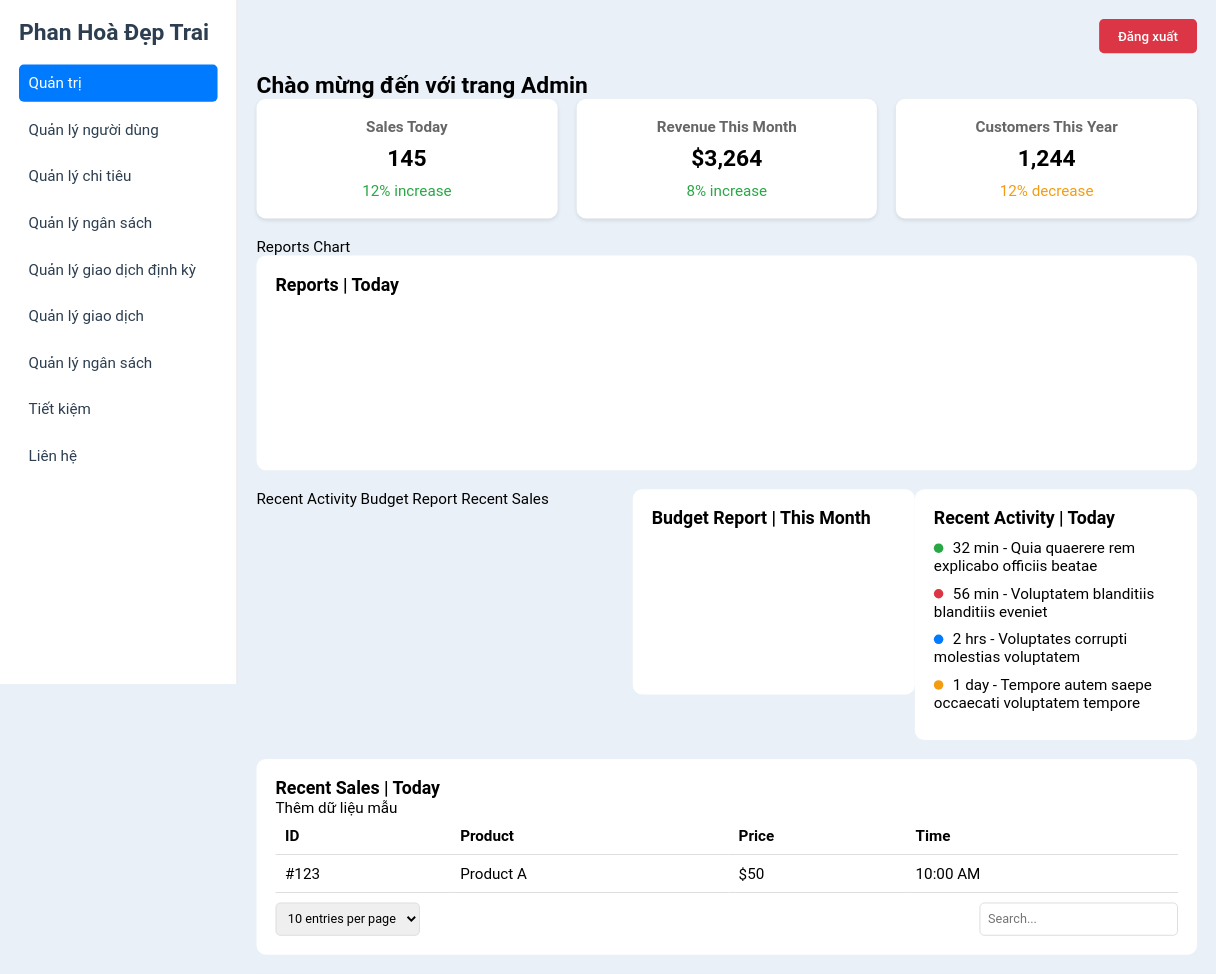
Repository: PhanVanHoa051204/Project3
Page: http://localhost/Project3/dashboard.jsp
The author's editor kept a copy of each file at every save. The page is drawn from the files as they stood at one save, then again after the next save.
The browser window is 1280 px wide. The pictures show the whole page, at 95% of full size.
The page is served by Tomcat 9.

Above is the page before, as saved 2025-03-14 08:03:45.
Console error: ReferenceError: Chart is not defined

After the next save:
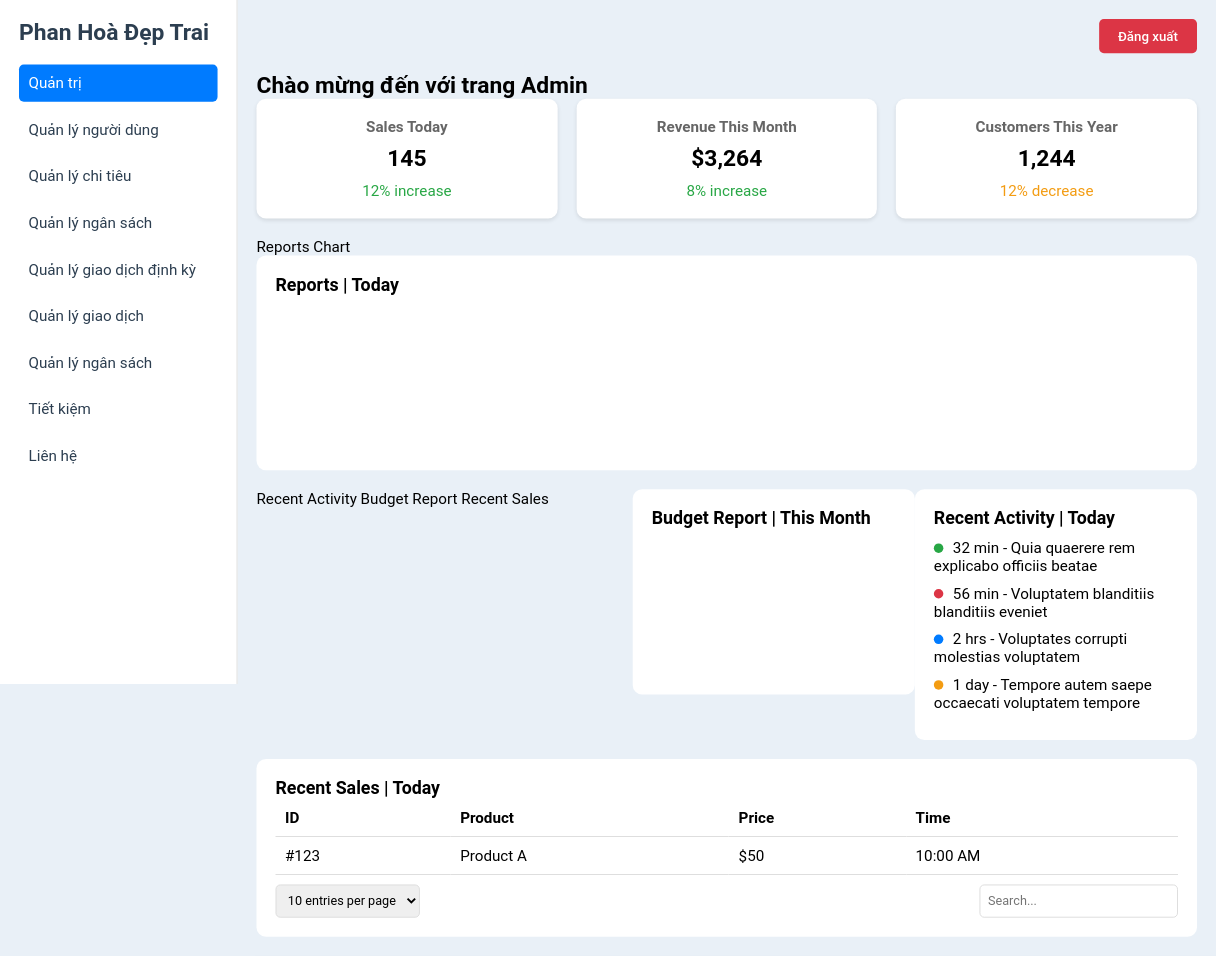
The error is gone.
Saved 102 s later.
--- a/PhanVanHoa_2210900023_K22CNT1/Project3/src/main/webapp/dashboard.jsp
+++ b/PhanVanHoa_2210900023_K22CNT1/Project3/src/main/webapp/dashboard.jsp
@@ -107,9 +107,7 @@
 								<td>Product A</td>
 								<td>$50</td>
 								<td>10:00 AM</td>
-							</tr>
-							Thêm dữ liệu mẫu
-						</tbody>
+							</tr></tbody>
 					</table>
 					<div class="table-footer">
 						<select>
@@ -121,61 +119,5 @@
 		</div>
 	</div>
 
-	<!-- JavaScript để vẽ biểu đồ -->
-	<script>
-		// Reports Chart
-		const ctx1 = document.getElementById('reportsChart').getContext('2d');
-		new Chart(ctx1, {
-			type : 'line',
-			data : {
-				labels : [ '00:00', '01:00', '02:00', '03:00', '04:00',
-						'05:00', '06:00' ],
-				datasets : [ {
-					label : 'Sales',
-					data : [ 20, 40, 30, 60, 50, 40, 30 ],
-					borderColor : '#007BFF',
-					fill : false
-				}, {
-					label : 'Revenue',
-					data : [ 10, 30, 50, 40, 30, 20, 10 ],
-					borderColor : '#28A745',
-					fill : false
-				}, {
-					label : 'Customers',
-					data : [ 30, 20, 25, 35, 20, 15, 10 ],
-					borderColor : '#F39C12',
-					fill : false
-				} ]
-			},
-			options : {
-				scales : {
-					y : {
-						beginAtZero : true
-					}
-				}
-			}
-		});
-
-		// Budget Chart (Radar)
-		const ctx2 = document.getElementById('budgetChart').getContext('2d');
-		new Chart(ctx2, {
-			type : 'radar',
-			data : {
-				labels : [ 'Administration', 'Marketing', 'Development',
-						'on Technology' ],
-				datasets : [ {
-					label : 'Allocated Budget',
-					data : [ 65, 59, 90, 81 ],
-					backgroundColor : 'rgba(0, 123, 255, 0.2)',
-					borderColor : '#007BFF'
-				}, {
-					label : 'Actual Spending',
-					data : [ 28, 48, 40, 19 ],
-					backgroundColor : 'rgba(40, 167, 69, 0.2)',
-					borderColor : '#28A745'
-				} ]
-			}
-		});
-	</script>
 </body>
 </html>
